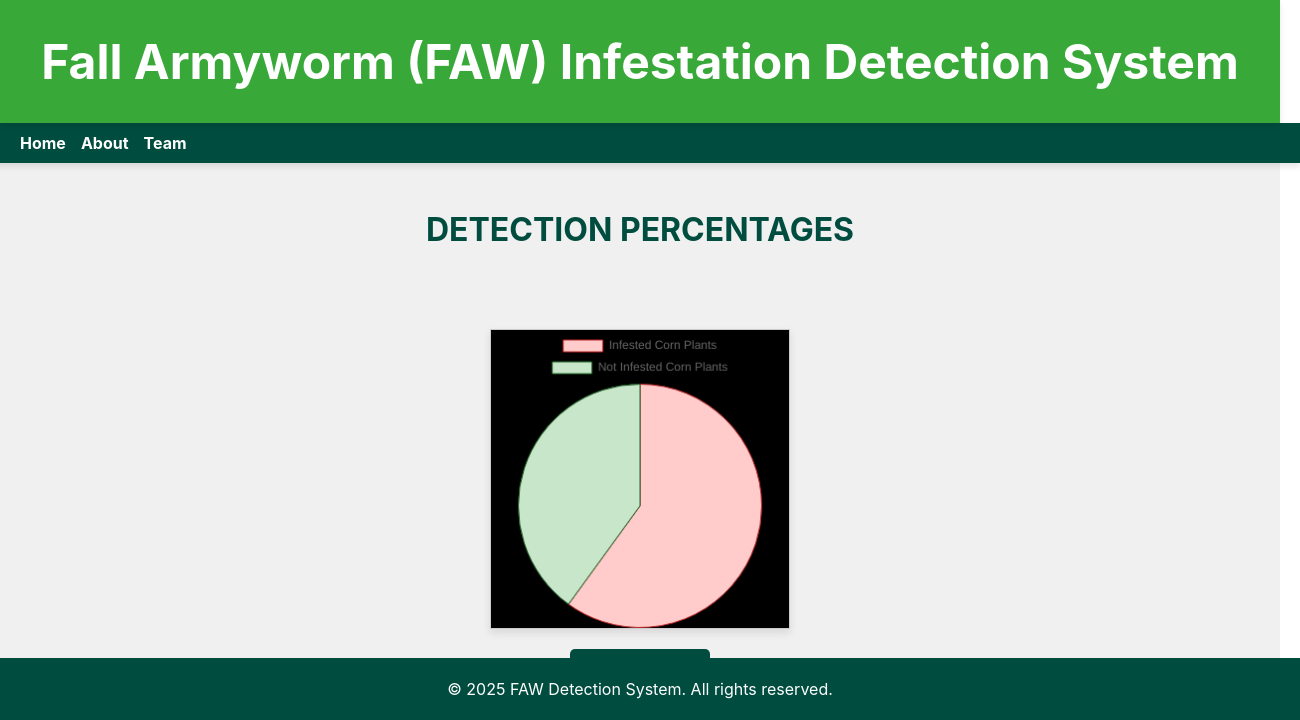
Repository: jansen223/faw-detection-main
Page: /percentages
The author's editor kept a copy of each file at every save. The page is drawn from the files as they stood at one save, then again after the next save.
The browser window is 1280 px wide. The page is 1300 px wide, so the pictures cover 1300 px, including what lies to the right of the window. The pictures show the whole page.
The page's requests for data from a server got no answer. The project was rebuilt for these pictures with package versions that can differ from the ones it lists, and the page was loaded fresh each time. No one was signed in, and anything a server would have sent is missing. Also part of the build but not shown: src/pages/Home.js, src/pages/About.css, src/pages/About.js, src/pages/Team.css, src/pages/Team.js.

Above is the page before, as saved 2025-04-10 15:40:29.

### public/index.html
<!DOCTYPE html>
<html lang="en">
<head>
  <meta charset="utf-8" />
  <link rel="icon" href="%PUBLIC_URL%/maize_icon.jpg" />
  <meta name="viewport" content="width=device-width, initial-scale=1" />
  <meta name="theme-color" content="#000000" />
  <meta name="description" content="FAW Detection Web Interface" />
  <title>FAW Detection</title>
</head>
<body>
  <noscript>You need to enable JavaScript to run this app.</noscript>
  <div id="root"></div>
</body>
</html>

### src/App.js
import React, { useEffect, useRef } from 'react';
import { BrowserRouter as Router, Routes, Route, Link } from 'react-router-dom';
import { io } from 'socket.io-client';
import Home from './pages/Home';
import About from './pages/About';
import Team from './pages/Team';
import Percentages from './pages/Percentages';
import './App.css';

function App() {
  const canvasRef = useRef(null);
  const socketRef = useRef(null);
  const [counts, setCounts] = React.useState({ infested: 0, notInfested: 0 });

  useEffect(() => {
    socketRef.current = io('http://192.168.254.108:5000');

    let lastRenderTime = 0;
    socketRef.current.on('video_frame', (data) => {
      const now = Date.now();
      if (now - lastRenderTime < 100) return; // Skip frames if less than 100ms
      lastRenderTime = now;

      const img = new Image();
      img.src = `data:[embedded picture, 38 characters]

      img.onload = () => {
        const canvas = canvasRef.current;
        if (!canvas) return;
        const ctx = canvas.getContext('2d');
        canvas.width = img.width;
        canvas.height = img.height;
        ctx.drawImage(img, 0, 0);
      };
    });

    socketRef.current.on('detection_counts', (data) => {
      setCounts({
        infested: data.infested_count,
        notInfested: data.not_infested_count
      });
    });

    return () => {
      if (socketRef.current) socketRef.current.disconnect();
    };
  }, []);

  const resetCounts = async () => {
    try {
      const response = await fetch('http://192.168.254.108:5000/reset_counts', {
        method: 'POST',
      });
      const data = await response.json();
      if (data.message) {
        setCounts({ infested: 0, notInfested: 0 });
        alert(data.message);
      }
    } catch (error) {
      console.error('Error resetting counts:', error);
    }
  };

  return (
    <Router>
      <div className="App">
        <header className="App-header">
          <h1>Fall Armyworm (FAW) Infestation Detection System</h1>
        </header>
        <nav className="App-navbar">
          <ul>
            <li><Link to="/">Home</Link></li>
            <li><Link to="/about">About</Link></li>
            <li><Link to="/team">Team</Link></li>
          </ul>
        </nav>
        <Routes>
          <Route path="/" element={<Home canvasRef={canvasRef} counts={counts} resetCounts={resetCounts} />} />
          <Route path="/about" element={<About />} />
          <Route path="/team" element={<Team />} />
          <Route path="/percentages" element={<Percentages counts={counts} />} />
        </Routes>
        <footer className="App-footer">
          <p>&copy; 2025 FAW Detection System. All rights reserved.</p>
        </footer>
      </div>
    </Router>
  );
}

export default App;

### src/pages/Percentages.js
import React from 'react';
import { useNavigate } from 'react-router-dom';
import { Pie } from 'react-chartjs-2';
import { Chart as ChartJS, ArcElement, Tooltip, Legend } from 'chart.js';
import './Percentages.css';

// Register Chart.js components
ChartJS.register(ArcElement, Tooltip, Legend);

function Percentages({ counts }) {
  const navigate = useNavigate();

  //const total = counts.infested + counts.notInfested;
  //const infestedPercentage = total > 0 ? ((counts.infested / total) * 100).toFixed(2) : 0;
  //const notInfestedPercentage = total > 0 ? ((counts.notInfested / total) * 100).toFixed(2) : 0;

  const handleBack = () => {
    navigate('/');
  };

  // Data for the pie chart
  const data = {
    labels: ['Infested Corn Plants', 'Not Infested Corn Plants'],
    datasets: [
      {
        // data: [infestedPercentage, notInfestedPercentage],
        data: [60, 40],
        backgroundColor: ['#ffcccb', '#c8e6c9'], // Colors for the chart
        borderColor: ['#b71c1c', '#1b5e20'], // Border colors
        borderWidth: 1,
      },
    ],
  };

  return (
    <div className="percentages-container">
      <h2>DETECTION PERCENTAGES</h2>
      <div className="chart-container">
        <Pie data={data} />
      </div>
      <button onClick={handleBack} className="back-button">
        Back to Home
      </button>
    </div>
  );
}

export default Percentages;

### src/App.css
body {
  margin: 0;
  padding: 0;
}

.App {
  text-align: center;
  background-color: #f0f0f0;
  min-height: 100vh;
  display: flex;
  flex-direction: column;
  align-items: center;
}

.App-header {
  background-color: rgba(9, 151, 9, 0.795);
  color: white;
  text-align: center;
  font-size: 1.5rem;
  font-weight: bold;
  box-shadow: 0 4px 6px rgba(0, 0, 0, 0.1);
  position: sticky;
  top: 0;
  z-index: 1000;
  width: 100%;
  margin: 0;
  box-sizing: border-box;
}

.App-navbar {
  background-color: #004d40;
  color: white;
  padding: 10px 20px;
  position: sticky;
  display: flex;
  justify-content: space-between;
  align-items: center;
  box-shadow: 0 4px 6px rgba(0, 0, 0, 0.1);
  width: 100%;
}

.App-navbar ul {
  list-style: none;
  display: flex;
  gap: 15px;
  margin: 0;
  padding: 0;
  padding-left: 20px;
}

.App-navbar a {
  color: white;
  text-decoration: none;
  font-weight: bold;
}

.App-navbar a:hover {
  text-decoration: underline;
}

.App-footer {
  background-color: #004d40;
  color: white;
  padding: 5px 20px;
  text-align: center;
  position: fixed;
  bottom: 0;
  width: 100%;
}

### src/pages/Home.css
.layout-container {
  display: flex;
  justify-content: center;
  align-items: flex-start;
  gap: 100px;
  width: 100%;
  padding: 20px;
  box-sizing: border-box;
}

.detection-section {
  flex: 1;
  max-width: 600px;
  text-align: center;
  margin-top: 150px;
  margin-left: 60px;
  margin-right: 20px;
}

.detection-section h3 {
  font-size: 1.5rem;
  font-weight: bold;
  color: #004d40;
}

.detection-cards {
  display: flex;
  gap: 20px;
  margin-top: 10px;
}

.detection-cards .card {
  padding: 15px;
  border-radius: 8px;
  box-shadow: 0 4px 6px rgba(0, 0, 0, 0.1);
  text-align: center;
  flex: 1;
  transition: transform 0.3s ease;
}

.detection-cards .card:hover {
  transform: scale(1.05);
}

.detection-cards .card.infested {
  background-color: #ffcccb;
  color: #b71c1c;
}

.detection-cards .card.not-infested {
  background-color: #c8e6c9;
  color: #1b5e20;
}

.detection-cards .card h4 {
  font-size: 1.2rem;
}

.detection-cards .card p {
  font-size: 1.25rem;
  font-weight: bold;
}

.camera-section {
  flex: 2;
  display: flex;
  justify-content: center;
  max-width: 600px;
}

canvas {
  box-shadow: 0 4px 8px rgba(0, 0, 0, 0.1);
  background: black;
  margin-top: 80px;
  max-width: 100%;
  border: 1px solid #ccc;
}

.reset-button {
  margin-top: 60px;
  padding: 10px 20px;
  background-color: green;
  color: whitesmoke;
  border: none;
  border-radius: 5px;
  cursor: pointer;
  font-size: 1rem;
  transition: background-color 0.3s ease;
}

.reset-button:hover {
  background-color: darkgreen;
}

.view-percentages-button {
  margin-top: 20px;
  margin-left: 10px;
  padding: 10px 20px;
  background-color: green;
  color: whitesmoke;
  border: none;
  border-radius: 5px;
  cursor: pointer;
  font-size: 1rem;
  transition: background-color 0.3s ease;
}

.view-percentages-button:hover {
  background-color: darkgreen;
}

### src/pages/Percentages.css
.percentages-container {
  padding: 20px;
  text-align: center;
}

.percentages-container h2 {
  font-size: 2rem;
  color: #004d40;
  margin-bottom: 20px;
}

.percentages {
  display: flex;
  justify-content: center;
  gap: 20px;
}

.percentage {
  padding: 15px;
  border-radius: 8px;
  box-shadow: 0 4px 6px rgba(0, 0, 0, 0.1);
  text-align: center;
  width: 200px;
}

.percentage.infested {
  background-color: #ffcccb;
  color: #b71c1c;
}

.percentage.not-infested {
  background-color: #c8e6c9;
  color: #1b5e20;
}

.percentage h3 {
  font-size: 1.2rem;
}

.percentage p {
  font-size: 1.5rem;
  font-weight: bold;
}

.chart-container {
  width: 300px;
  height: 300px;
  margin: 0 auto;
}

.back-button {
  margin-top: 20px;
  padding: 10px 20px;
  background-color: #004d40;
  color: white;
  border: none;
  border-radius: 5px;
  cursor: pointer;
  font-size: 1rem;
  transition: background-color 0.3s ease;
}

.back-button:hover {
  background-color: #00332e;
}

Loaded but not shown: src/index.js (common file); src/index.css (common file); src/reportWebVitals.js (common file)

After the next save:
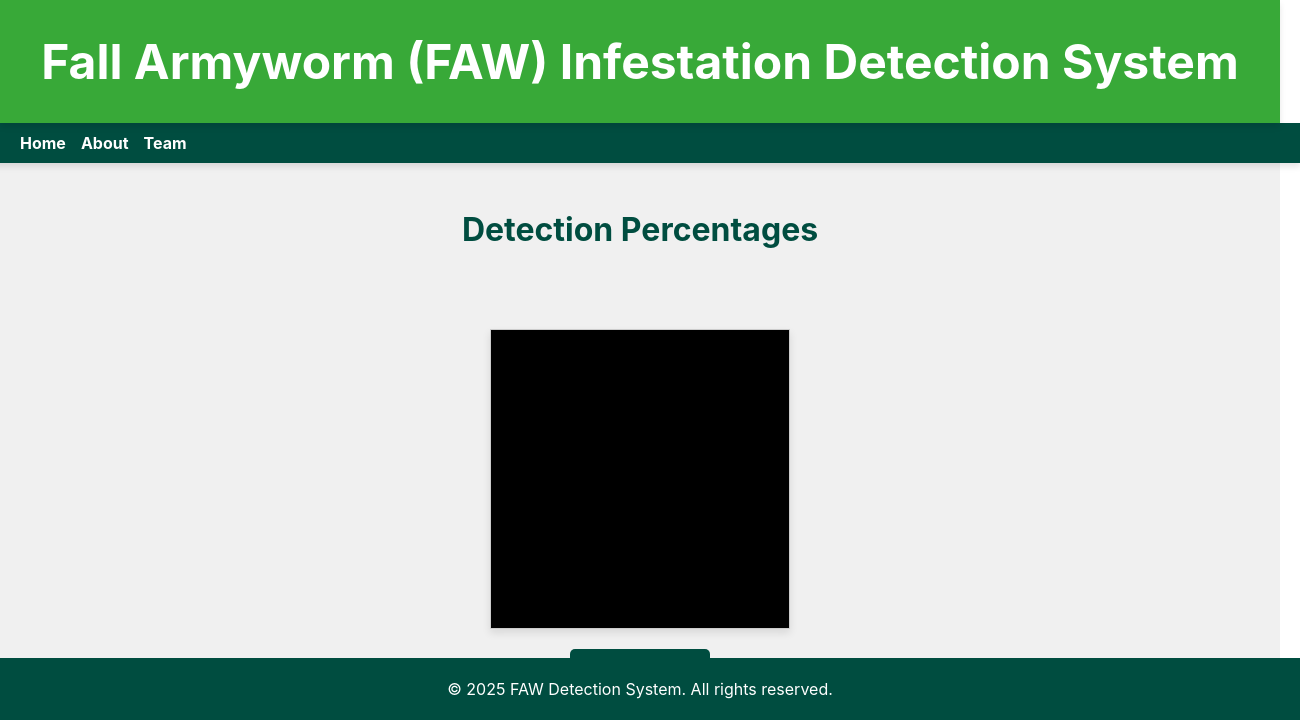
Saved 7 min 10 s later.
--- a/src/pages/Percentages.js
+++ b/src/pages/Percentages.js
@@ -1,18 +1,18 @@
 import React from 'react';
 import { useNavigate } from 'react-router-dom';
 import { Pie } from 'react-chartjs-2';
-import { Chart as ChartJS, ArcElement, Tooltip, Legend } from 'chart.js';
+import { Chart as ChartJS, ArcElement, Tooltip } from 'chart.js';
 import './Percentages.css';
 
 // Register Chart.js components
-ChartJS.register(ArcElement, Tooltip, Legend);
+ChartJS.register(ArcElement, Tooltip);
 
 function Percentages({ counts }) {
   const navigate = useNavigate();
 
-  //const total = counts.infested + counts.notInfested;
-  //const infestedPercentage = total > 0 ? ((counts.infested / total) * 100).toFixed(2) : 0;
-  //const notInfestedPercentage = total > 0 ? ((counts.notInfested / total) * 100).toFixed(2) : 0;
+  const total = counts.infested + counts.notInfested;
+  const infestedPercentage = total > 0 ? ((counts.infested / total) * 100).toFixed(2) : 0;
+  const notInfestedPercentage = total > 0 ? ((counts.notInfested / total) * 100).toFixed(2) : 0;
 
   const handleBack = () => {
     navigate('/');
@@ -20,11 +20,10 @@ function Percentages({ counts }) {
 
   // Data for the pie chart
   const data = {
-    labels: ['Infested Corn Plants', 'Not Infested Corn Plants'],
+    labels: [`Infested (${infestedPercentage}%)`, `Not Infested (${notInfestedPercentage}%)`],
     datasets: [
       {
-        // data: [infestedPercentage, notInfestedPercentage],
-        data: [60, 40],
+        data: [infestedPercentage, notInfestedPercentage],
         backgroundColor: ['#ffcccb', '#c8e6c9'], // Colors for the chart
         borderColor: ['#b71c1c', '#1b5e20'], // Border colors
         borderWidth: 1,
@@ -32,11 +31,25 @@ function Percentages({ counts }) {
     ],
   };
 
+  // Chart options to remove the legend
+  const options = {
+    plugins: {
+      legend: {
+        display: false, // Disable the legend
+      },
+      tooltip: {
+        callbacks: {
+          label: (tooltipItem) => `${tooltipItem.label}: ${tooltipItem.raw}%`,
+        },
+      },
+    },
+  };
+
   return (
     <div className="percentages-container">
-      <h2>DETECTION PERCENTAGES</h2>
+      <h2>Detection Percentages</h2>
       <div className="chart-container">
-        <Pie data={data} />
+        <Pie data={data} options={options} />
       </div>
       <button onClick={handleBack} className="back-button">
         Back to Home
